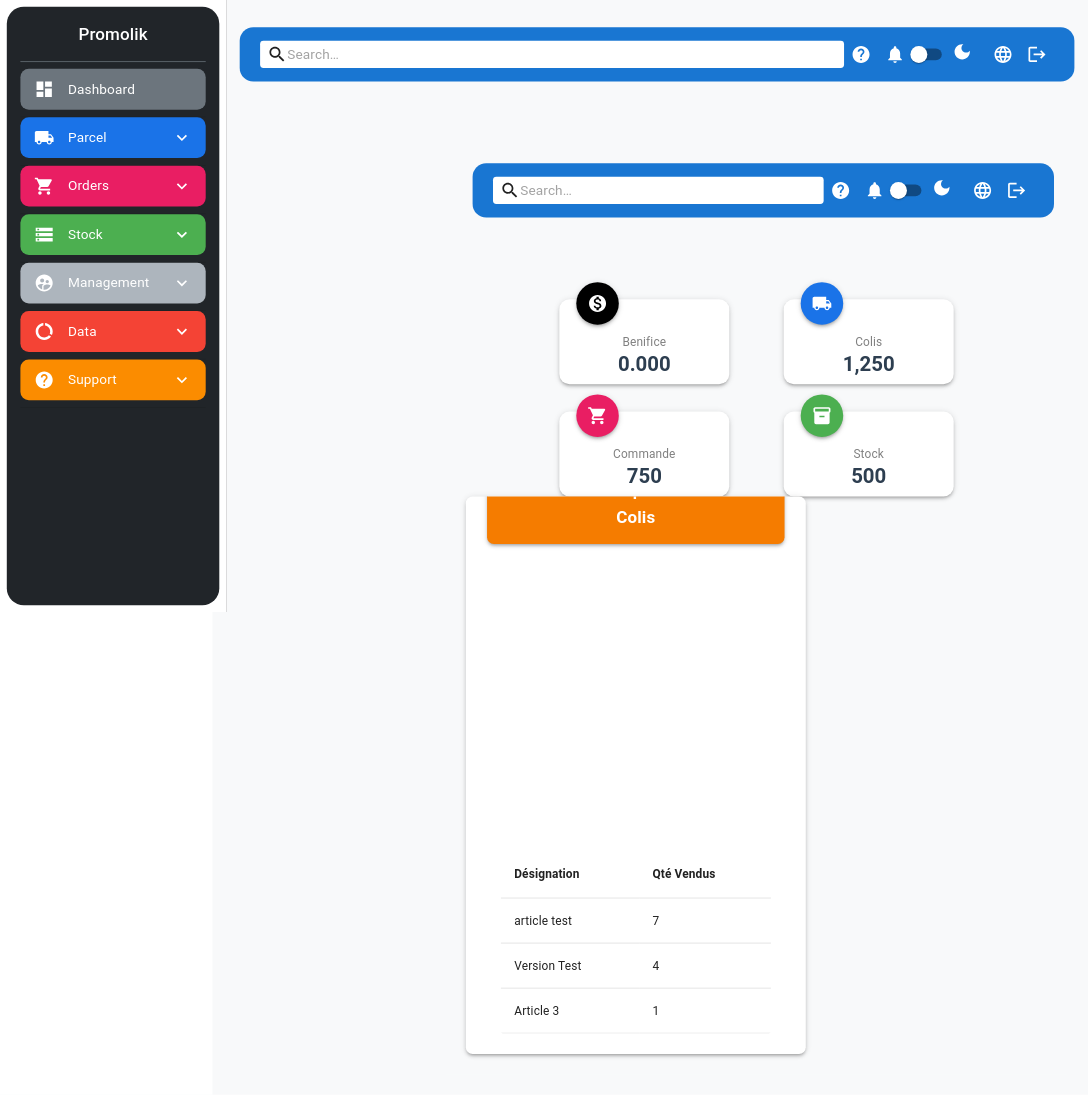
Repository: yosrjdly/stk
Page: /dashboard (app in dashboard/)
The author's editor kept a copy of each file at every save. The page is drawn from the files as they stood at one save, then again after the next save.
The browser window is 1280 px wide. The pictures show the whole page, at 85% of full size.
The project was rebuilt for these pictures with package versions that can differ from the ones it lists, and the page was loaded fresh each time. The framework's server and built-in components were replaced by stand-ins that run in the browser. Also part of the build but not shown: dashboard/next.config.ts.

Above is the page before, as saved 2025-02-14 18:22:01.

After the next save:
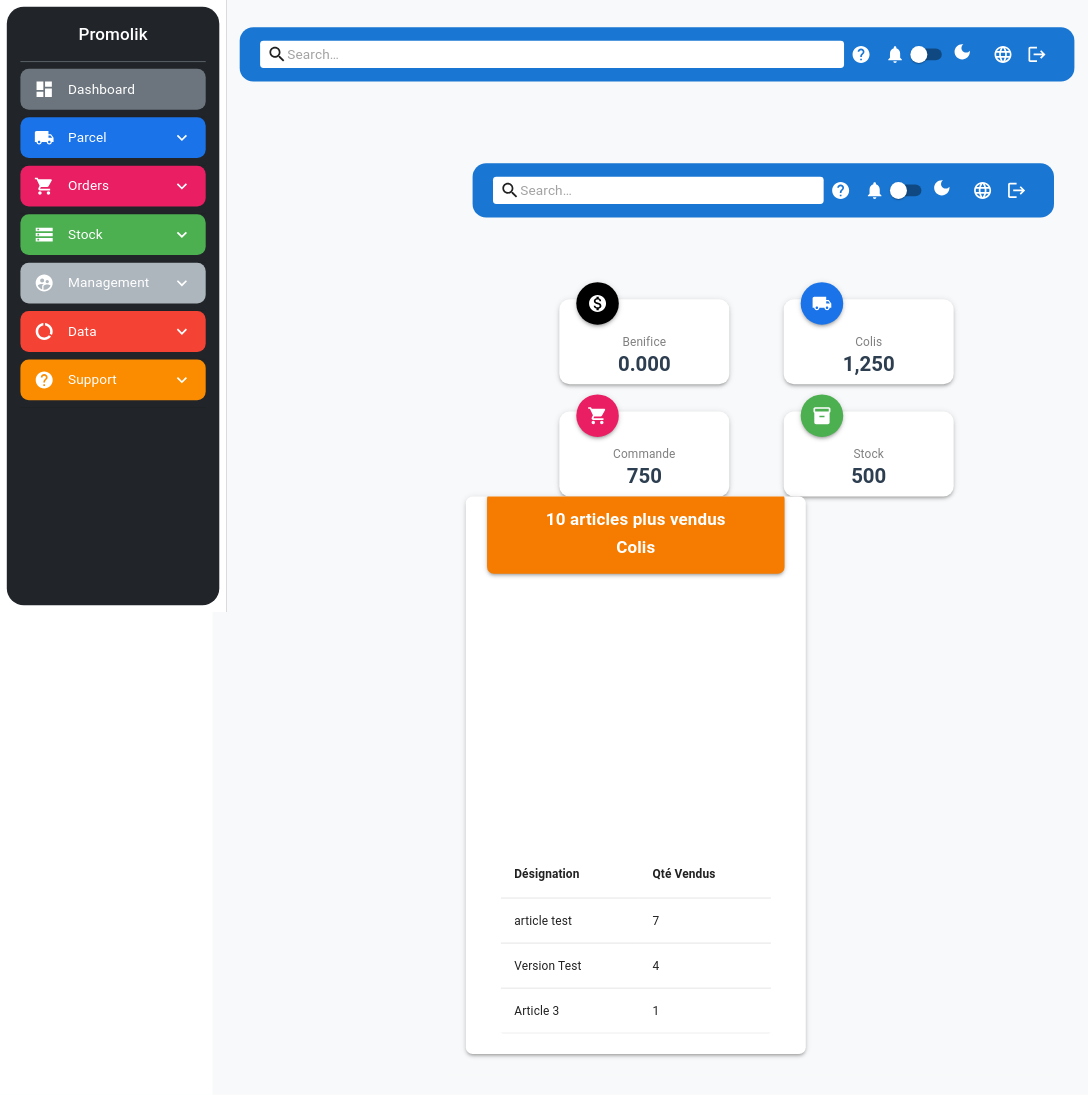
Saved 45 s later.
--- a/dashboard/src/componenets/cards/mediumCard/TopSellingCard.tsx
+++ b/dashboard/src/componenets/cards/mediumCard/TopSellingCard.tsx
@@ -18,7 +18,7 @@ const TopSellingCard = () => {
         padding: 2,
         width: 350,
         position: "absolute",
-        top: -40,
+        top: -5,
         left: "50%",
         transform: "translateX(-50%)",
         borderRadius: 2,
